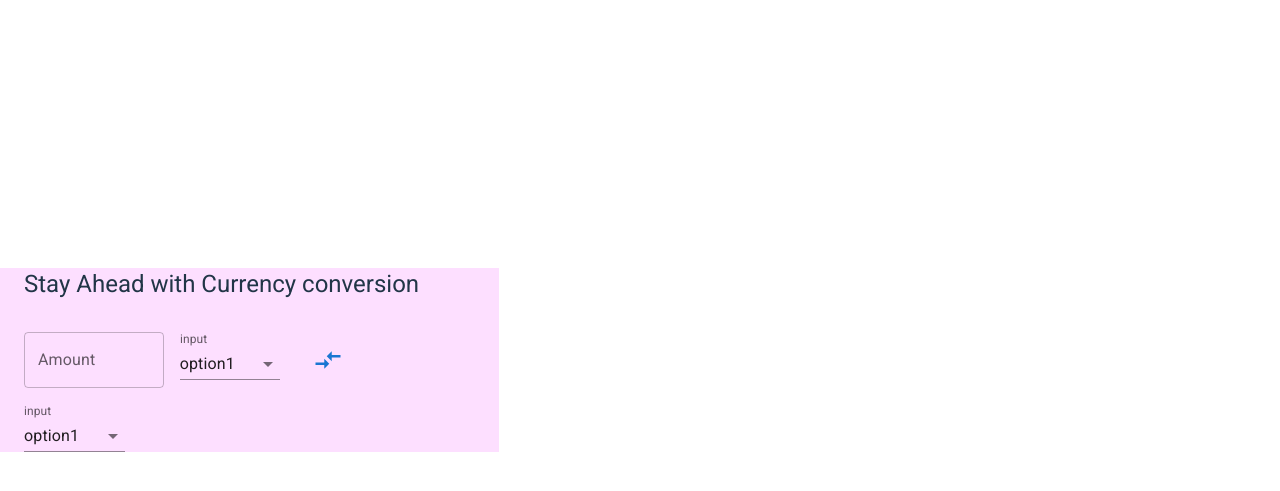
Repository: Asad-devv/CURRENCY
Page: /
These files come from the project's save history. The page is drawn as it stood at one moment and after the next save; the edit follows.
The browser window is 1280 px wide. The pictures show the whole page.
The project was rebuilt for these pictures with package versions that can differ from the ones it lists, and the page was loaded fresh each time. Also part of the build but not shown: craco.config.js.

Above is the page before, as saved 2023-03-02 15:27:14.

After the next save:
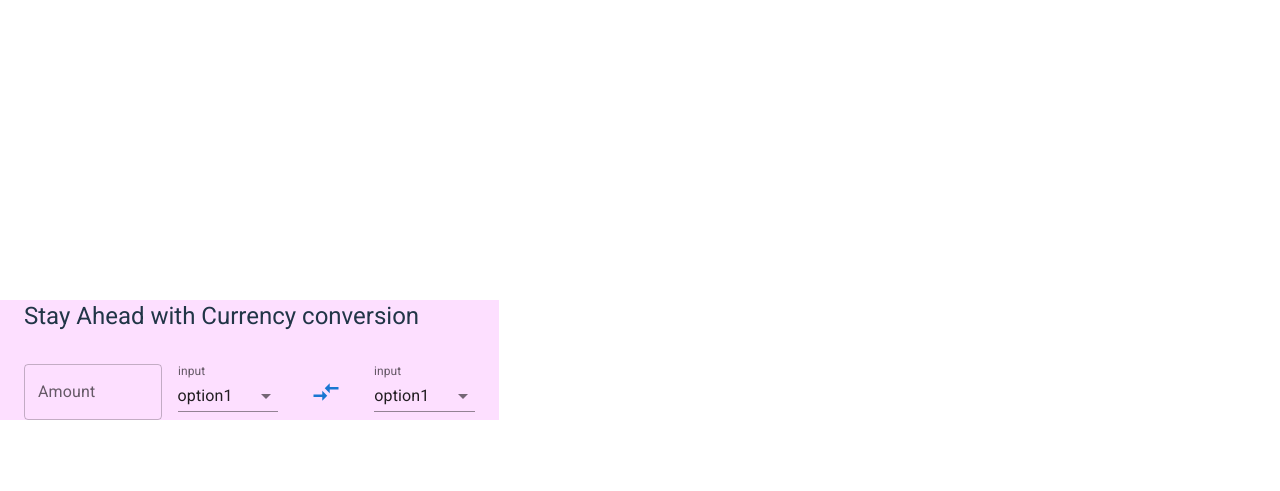
Saved 43 s later.
--- a/src/components/InputAmount.jsx
+++ b/src/components/InputAmount.jsx
@@ -3,7 +3,7 @@ import React from "react";
 import { Grid, TextField ,InputAdornment} from "@mui/material";
 const InputAmount = () => {
   return (
-    <Grid item xs={12} md={4}>
+    <Grid item xs={12} md>
       <TextField
         label="Amount"
         fullWidth
